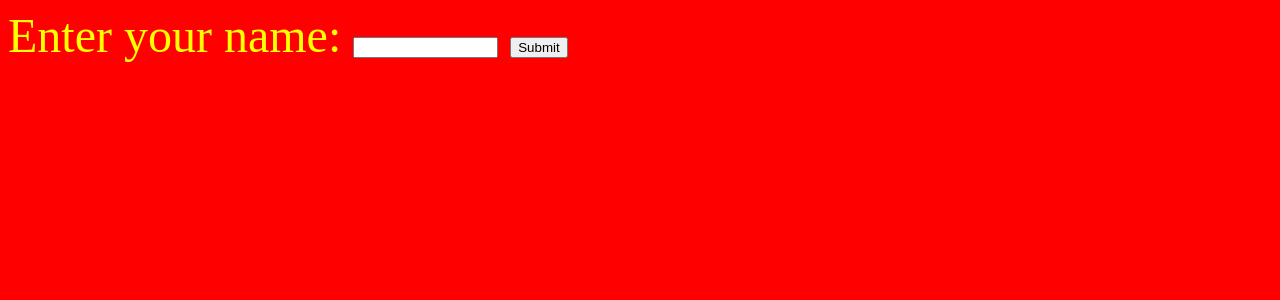
Repository: neerajagrrawal/Day8
Page: HelloWorld/WebContent/home.html
An editor plug-in stored every save of this project. The page is shown before and after the next save, followed by the edit.
The browser window is 1280 px wide. The pictures show the whole page.

Above is the page before, as saved 2018-09-05 09:29:51.

After the next save:
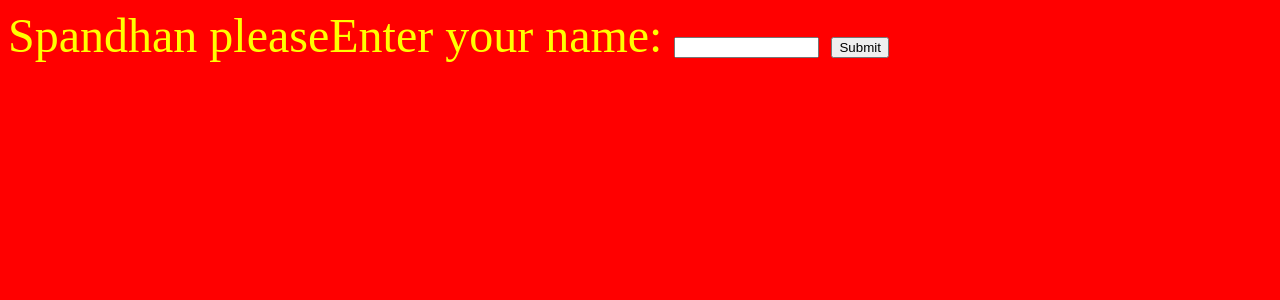
Saved 24 s later.
--- a/HelloWorld/WebContent/home.html
+++ b/HelloWorld/WebContent/home.html
@@ -7,7 +7,7 @@
 <body bgcolor="red">
 <font color="yellow" size="15">
 <form action="greet" method="post">
-<label>Enter your name:</label>
+<label>Spandhan pleaseEnter your name:</label>
 <input type="text" name="username" size=15>
 <input type="submit">
 </form>
